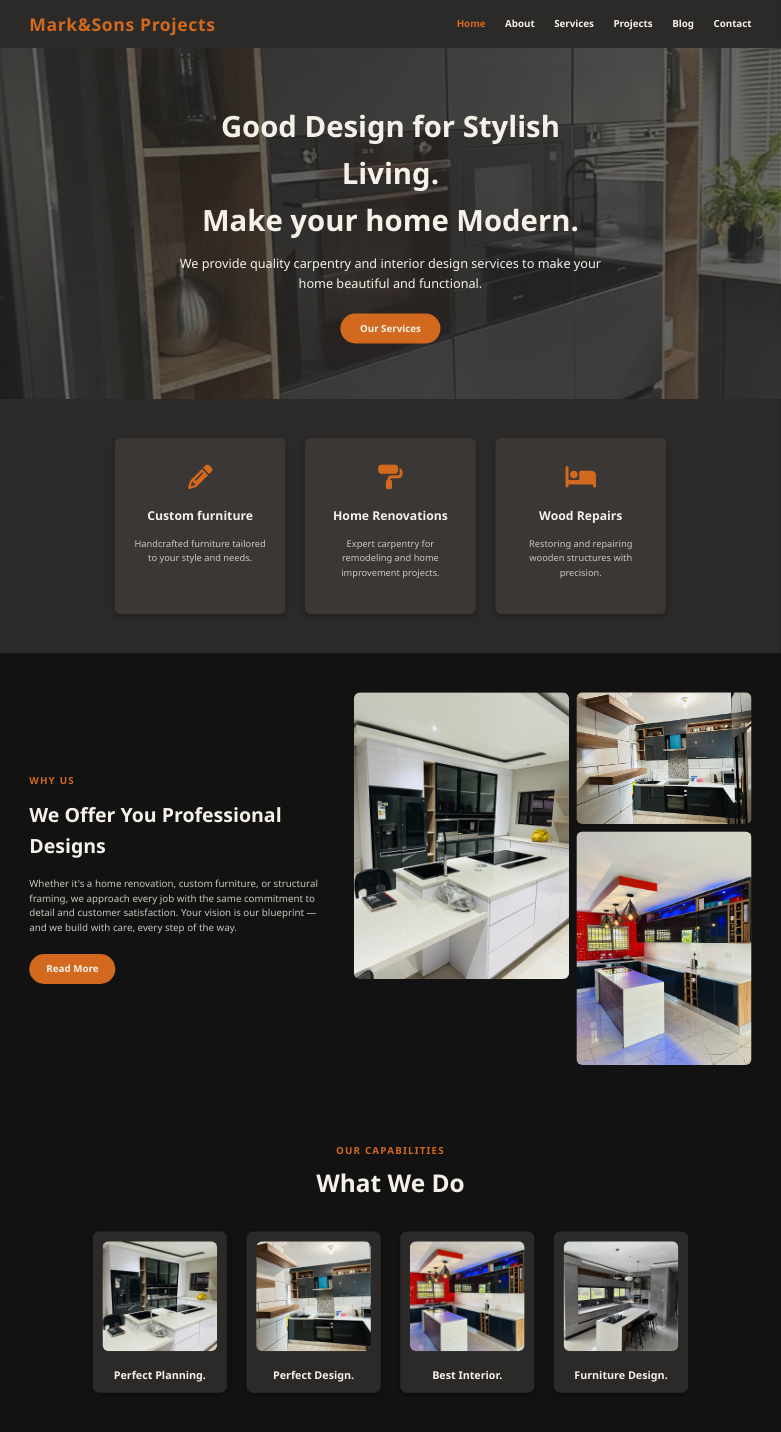
Repository: VallowEvido/Mark-SonsProjects
Page: home.html
These files come from the project's save history. The page is drawn as it stood at one moment and after a run of saves; the edit follows.
The browser window is 1280 px wide. The pictures show the whole page, at 61% of full size.

Above is the page before, as saved 2025-07-17 16:11:22.

### home.html
<!DOCTYPE html>
<html lang="en">
<head>
  <meta charset="UTF-8" />
  <meta name="viewport" content="width=device-width, initial-scale=1" />
  <title>Home Interior - Carpentry</title>
  <link rel="stylesheet" href="styles.css" />
  <link rel="stylesheet" href="https://cdnjs.cloudflare.com/ajax/libs/font-awesome/6.4.0/css/all.min.css" />
</head>
<body>
  <nav>
    <div class="logo">Mark&Sons Projects</div>
    <ul>
      <li><a href="#" class="active">Home</a></li>
      <li><a href="#">About</a></li>
      <li><a href="#">Services</a></li>
      <li><a href="#">Projects</a></li>
      <li><a href="#">Blog</a></li>
      <li><a href="#">Contact</a></li>
    </ul>
  </nav>

  <section class="hero">
    <div class="hero-content">
      <h1>Good Design for Stylish Living.<br />Make your home Modern.</h1>
      <p>We provide quality carpentry and interior design services to make your home beautiful and functional.</p>
      <a href="#services" class="btn">Our Services</a>
    </div>
  </section>

  <section id="services" class="services">
    <div class="service-card">
      <div class="service-icon"><i class="fas fa-pencil-alt"></i></div>
      <h3>Custom furniture</h3>
      <p>Handcrafted furniture tailored to your style and needs.</p>
    </div>
    <div class="service-card">
      <div class="service-icon"><i class="fas fa-paint-roller"></i></div>
      <h3>Home Renovations</h3>
      <p>Expert carpentry for remodeling and home improvement projects.</p>
    </div>
    <div class="service-card">
      <div class="service-icon"><i class="fas fa-bed"></i></div>
      <h3>Wood Repairs</h3>
      <p>Restoring and repairing wooden structures with precision.</p>
    </div>
  </section>

  <section class="why-us">
    <div class="why-us-content">
      <h5>WHY US</h5>
      <h2>We Offer You Professional Designs</h2>
      <p>Whether it's a home renovation, custom furniture, or structural framing, we approach every job with the same commitment to detail and customer satisfaction. Your vision is our blueprint — and we build with care, every step of the way.</p>
      <a href="#" class="btn btn-pink">Read More</a>
    </div>
    <div class="why-us-images">
      <div class="large-image">
        <img src="images/kitchen/IMG-20241116-WA0012.jpg" alt="Interior Design 1" />
      </div>
      <div class="small-images">
        <img src="images/kitchen/IMG-20241116-WA0014.jpg" alt="Interior Design 2" />
        <img src="images/kitchen/IMG-20241116-WA0015.jpg" alt="Interior Design 3" />
      </div>
    </div>
  </section>

  <section class="capabilities">
    <div class="capabilities-header">
      <h5>OUR CAPABILITIES</h5>
      <h2>What We Do</h2>
    </div>
    <div class="capabilities-cards">
      <div class="capability-card">
        <img src="images/kitchen/IMG-20241116-WA0012.jpg" alt="Perfect Planning" />
        <h3>Perfect Planning.</h3>
      </div>
      <div class="capability-card">
        <img src="images/kitchen/IMG-20241116-WA0014.jpg" alt="Perfect Design" />
        <h3>Perfect Design.</h3>
      </div>
      <div class="capability-card">
        <img src="images/kitchen/IMG-20241116-WA0015.jpg" alt="Best Interior" />
        <h3>Best Interior.</h3>
      </div>
      <div class="capability-card">
        <img src="images/kitchen/IMG-20241116-WA0016.jpg" alt="Furniture Design" />
        <h3>Furniture Design.</h3>
      </div>
    </div>
  </section>
</body>
</html>

### styles.css
/* General Reset and Base */
* {
  margin: 0;
  padding: 0;
  box-sizing: border-box;
  font-family: 'Segoe UI', Tahoma, Geneva, Verdana, sans-serif;
}

body {
  background-color: #1e1e1e; /* Dark background */
  color: #f5f1e9; /* Light beige text */
  line-height: 1.6;
}

/* Navigation Bar */
nav {
  background-color: #2c2a29; /* Dark charcoal */
  display: flex;
  justify-content: space-between;
  align-items: center;
  padding: 1rem 3rem;
  position: sticky;
  top: 0;
  z-index: 1000;
}

nav .logo {
  font-size: 1.8rem;
  font-weight: bold;
  color: #d2691e; /* Warm brown */
  letter-spacing: 1px;
}

nav ul {
  list-style: none;
  display: flex;
  gap: 2rem;
}

nav ul li a {
  color: #f5f1e9;
  text-decoration: none;
  font-weight: 600;
  transition: color 0.3s ease;
}

nav ul li a:hover,
nav ul li a.active {
  color: #d2691e; /* Warm brown highlight */
}

/* Hero Section */
.hero {
  background: url('images/kitchen/kich.jpg') no-repeat center center/cover;
  height: 80vh;
  display: flex;
  flex-direction: column;
  justify-content: center;
  align-items: center;
  text-align: center;
  padding: 0 2rem;
  position: relative;
}

.hero::after {
  content: "";
  position: absolute;
  top: 0; left: 0; right: 0; bottom: 0;
  background-color: rgba(44, 42, 41, 0.7); /* Overlay for readability */
  z-index: 1;
}

.hero-content {
  position: relative;
  z-index: 2;
  color: #f5f1e9;
  max-width: 700px;
}

.hero-content h1 {
  font-size: 3rem;
  margin-bottom: 1rem;
  font-weight: 700;
}

.hero-content p {
  font-size: 1.3rem;
  margin-bottom: 2rem;
}

.hero-content .btn {
  background-color: #d2691e;
  color: #f5f1e9;
  padding: 0.75rem 2rem;
  border: none;
  border-radius: 25px;
  font-size: 1rem;
  cursor: pointer;
  font-weight: 600;
  transition: background-color 0.3s ease;
  text-decoration: none;
  display: inline-block;
}

.hero-content .btn:hover {
  background-color: #b35414;
}

/* Services Section */
.services {
  background-color: #2c2a29;
  padding: 4rem 2rem;
  display: flex;
  justify-content: center;
  gap: 2rem;
  flex-wrap: wrap;
}

.service-card {
  background-color: #3a3735;
  padding: 2rem;
  border-radius: 10px;
  width: 280px;
  text-align: center;
  box-shadow: 0 4px 8px rgba(0,0,0,0.3);
  transition: transform 0.3s ease;
}

.service-card:hover {
  transform: translateY(-10px);
}

.service-icon {
  font-size: 2.5rem;
  color: #d2691e;
  margin-bottom: 1rem;
}

.service-card h3 {
  margin-bottom: 1rem;
  font-size: 1.25rem;
  font-weight: 700;
}

.service-card p {
  font-size: 0.95rem;
  margin-bottom: 1.5rem;
  color: #ccc6bb;
}

.service-card a {
  color: #d2691e;
  font-weight: 600;
  text-decoration: none;
  border-bottom: 2px solid transparent;
  transition: border-color 0.3s ease;
}

.service-card a:hover {
  border-color: #d2691e;
}

/* Responsive */
@media (max-width: 900px) {
  .services {
    flex-direction: column;
    align-items: center;
  }
  .service-card {
    width: 90%;
    max-width: 400px;
  }
}

/* WHY US Section */
.why-us {
  background-color: #121212;
  color: #f5f1e9;
  display: flex;
  justify-content: space-between;
  align-items: center;
  padding: 4rem 3rem;
  gap: 2rem;
  flex-wrap: wrap;
}

.why-us-content {
  flex: 1 1 400px;
  max-width: 500px;
}

.why-us-content h5 {
  color: #d2691e;
  font-weight: 700;
  letter-spacing: 2px;
  margin-bottom: 1rem;
  font-size: 1rem;
}

.why-us-content h2 {
  font-size: 2rem;
  margin-bottom: 1.5rem;
  font-weight: 700;
}

.why-us-content p {
  font-size: 1rem;
  margin-bottom: 2rem;
  color: #ccc6bb;
  line-height: 1.5;
}

.why-us-content .btn-pink {
  background-color: #d2691e;
  padding: 0.75rem 1.75rem;
  border-radius: 25px;
  color: #f5f1e9;
  font-weight: 600;
  text-decoration: none;
  display: inline-block;
  transition: background-color 0.3s ease;
}

.why-us-content .btn-pink:hover {
  background-color: #b35414;
}

.why-us-images {
  flex: 1 1 300px;
  display: flex;
  gap: 0.75rem;
  flex-wrap: wrap;
  justify-content: center;
}

.large-image {
  flex: 1 1 50%;
  border-radius: 10px;
  overflow: hidden;
}

.large-image img {
  width: 100%;
  height: auto;
  display: block;
  border-radius: 10px;
}

.small-images {
  flex: 1 1 40%;
  display: flex;
  flex-direction: column;
  gap: 0.75rem;
}

.small-images img {
  width: 100%;
  height: auto;
  border-radius: 10px;
  display: block;
}

/* Responsive */
@media (max-width: 900px) {
  .why-us {
    flex-direction: column;
    padding: 2rem 1rem;
  }
  .why-us-content, .why-us-images {
    max-width: 100%;
    flex: 1 1 100%;
  }
  .large-image, .small-images {
    flex: 1 1 100%;
  }
  .small-images {
    flex-direction: row;
  }
  .small-images img {
    width: 50%;
  }
}

/* Capabilities Section */
.capabilities {
  background-color: #121212;
  color: #f5f1e9;
  padding: 4rem 3rem;
  text-align: center;
}

.capabilities-header h5 {
  color: #d2691e;
  font-weight: 700;
  letter-spacing: 2px;
  margin-bottom: 0.5rem;
  font-size: 1rem;
}

.capabilities-header h2 {
  font-size: 2.5rem;
  margin-bottom: 3rem;
  font-weight: 700;
}

.capabilities-cards {
  display: flex;
  justify-content: center;
  gap: 2rem;
  flex-wrap: wrap;
}

.capability-card {
  background-color: #2c2a29;
  border-radius: 10px;
  width: 220px;
  padding: 1rem;
  box-shadow: 0 4px 8px rgba(0,0,0,0.3);
  transition: transform 0.3s ease;
  cursor: pointer;
}

.capability-card:hover {
  transform: translateY(-10px);
}

.capability-card img {
  width: 100%;
  height: 180px;
  object-fit: cover;
  border-radius: 10px;
  margin-bottom: 1rem;
}

.capability-card h3 {
  font-size: 1.1rem;
  font-weight: 700;
  color: #f5f1e9;
}

/* Responsive */
@media (max-width: 900px) {
  .capabilities-cards {
    flex-direction: column;
    align-items: center;
  }
  .capability-card {
    width: 90%;
    max-width: 400px;
  }
}

After the next 5 saves:
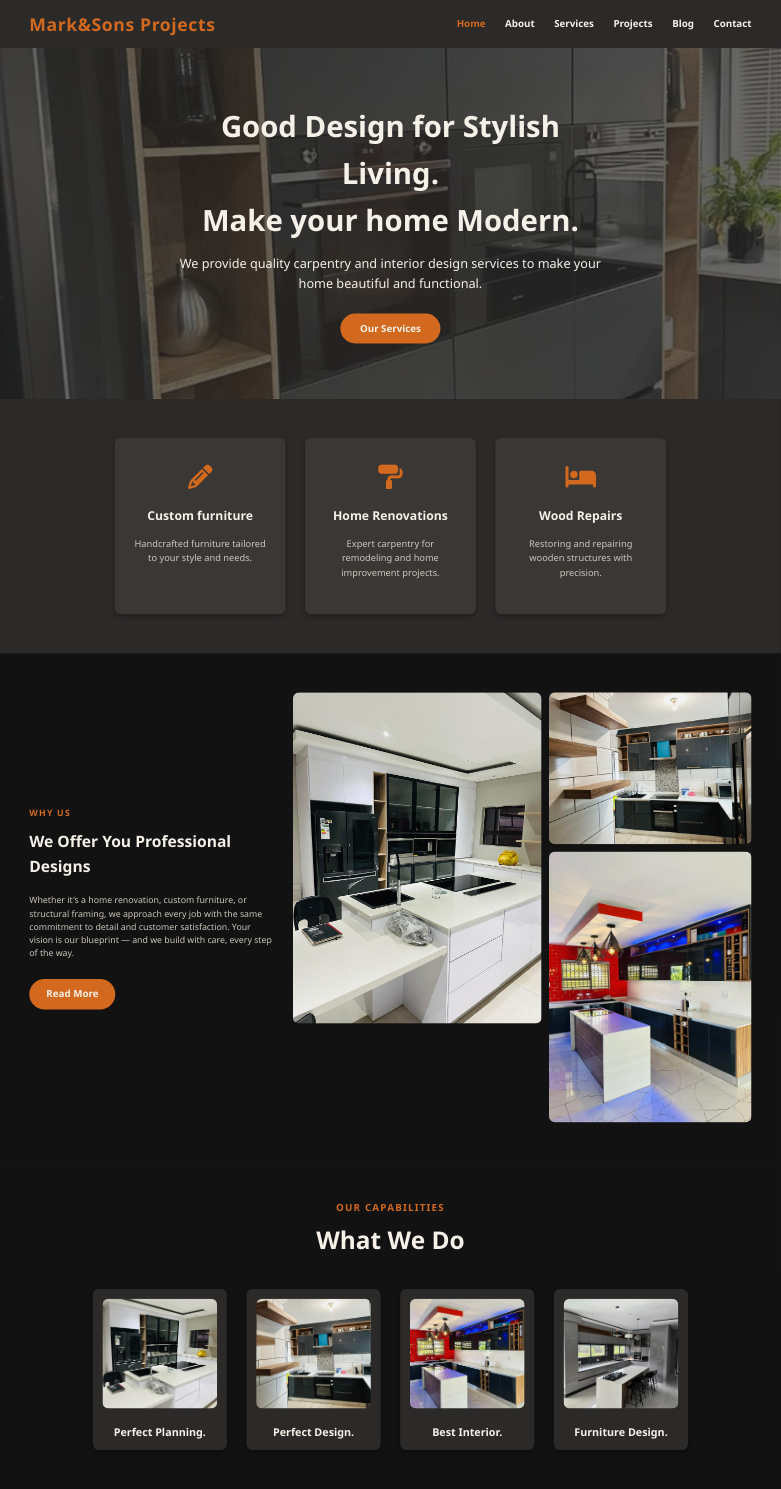
The 5 saves are shown as one change because they came seconds apart.
The last was saved 13 min 5 s later.
--- a/styles.css
+++ b/styles.css
@@ -185,8 +185,8 @@
 }
 
 .why-us-content {
-  flex: 1 1 400px;
-  max-width: 500px;
+  flex: 1 1 300px;
+  max-width: 400px;
 }
 
 .why-us-content h5 {
@@ -194,17 +194,17 @@
   font-weight: 700;
   letter-spacing: 2px;
   margin-bottom: 1rem;
-  font-size: 1rem;
+  font-size: 0.9rem;
 }
 
 .why-us-content h2 {
-  font-size: 2rem;
+  font-size: 1.6rem;
   margin-bottom: 1.5rem;
   font-weight: 700;
 }
 
 .why-us-content p {
-  font-size: 1rem;
+  font-size: 0.9rem;
   margin-bottom: 2rem;
   color: #ccc6bb;
   line-height: 1.5;

After the save that followed:
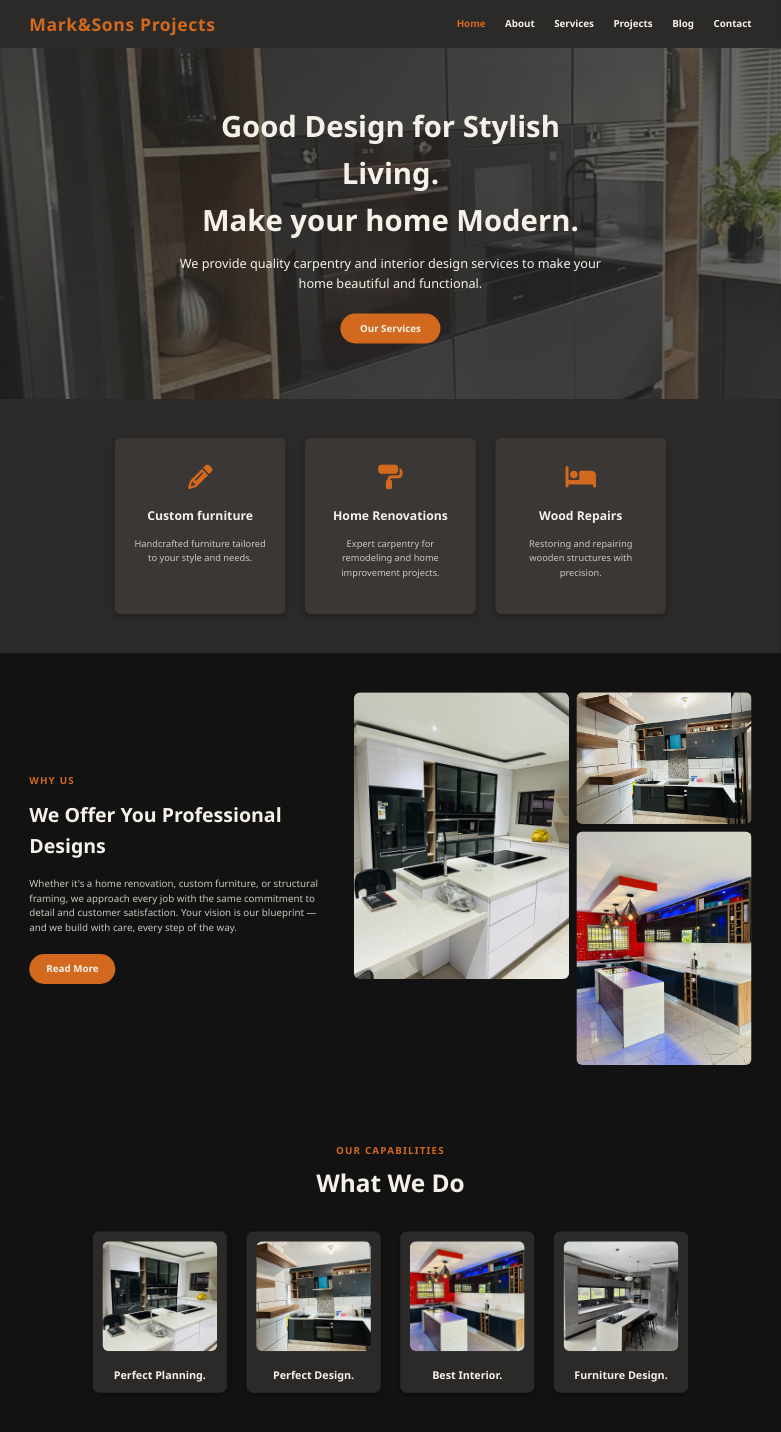
Saved 112 s later.
--- a/styles.css
+++ b/styles.css
@@ -185,8 +185,8 @@
 }
 
 .why-us-content {
-  flex: 1 1 300px;
-  max-width: 400px;
+  flex: 1 1 400px;
+  max-width: 500px;
 }
 
 .why-us-content h5 {
@@ -194,17 +194,17 @@
   font-weight: 700;
   letter-spacing: 2px;
   margin-bottom: 1rem;
-  font-size: 0.9rem;
+  font-size: 1rem;
 }
 
 .why-us-content h2 {
-  font-size: 1.6rem;
+  font-size: 2rem;
   margin-bottom: 1.5rem;
   font-weight: 700;
 }
 
 .why-us-content p {
-  font-size: 0.9rem;
+  font-size: 1rem;
   margin-bottom: 2rem;
   color: #ccc6bb;
   line-height: 1.5;
